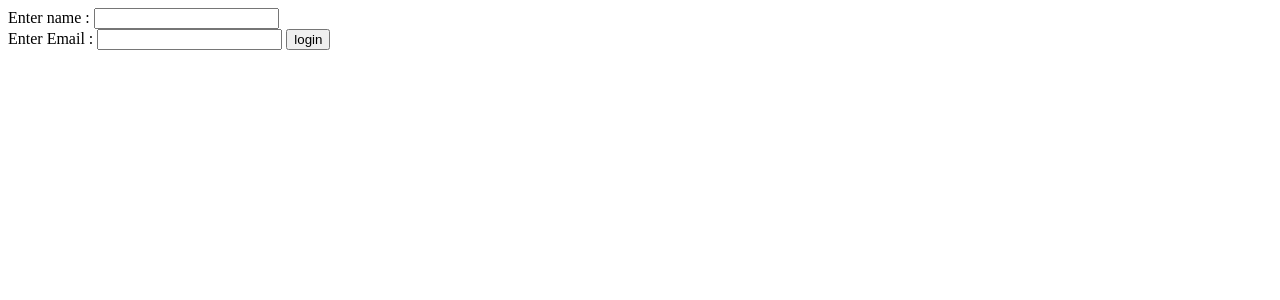
Repository: deepakkthakur/java
Page: FormServlet/src/main/webapp/index.html
These files come from the project's save history. The page is drawn as it stood at one moment and after the next save; the edit follows.
The browser window is 1280 px wide. The pictures show the whole page.

Above is the page before, as saved 2024-04-10 07:48:07.

After the next save:
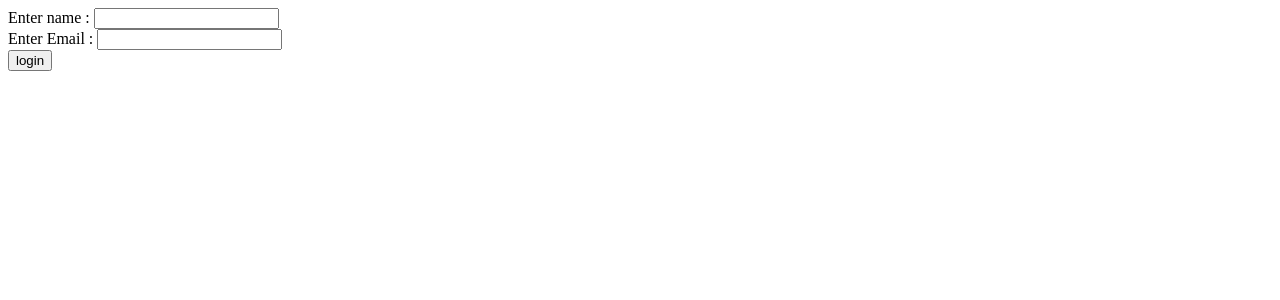
Saved 12 s later.
--- a/FormServlet/src/main/webapp/index.html
+++ b/FormServlet/src/main/webapp/index.html
@@ -8,7 +8,7 @@
 
 	<form action="login" method="post">
 	Enter name : <input type="text" name="uname"></br>
-	Enter Email : <input type="email" name="email">
+	Enter Email : <input type="email" name="email"></br>
 	<input type="submit" value="login" />
 
 	</form>
